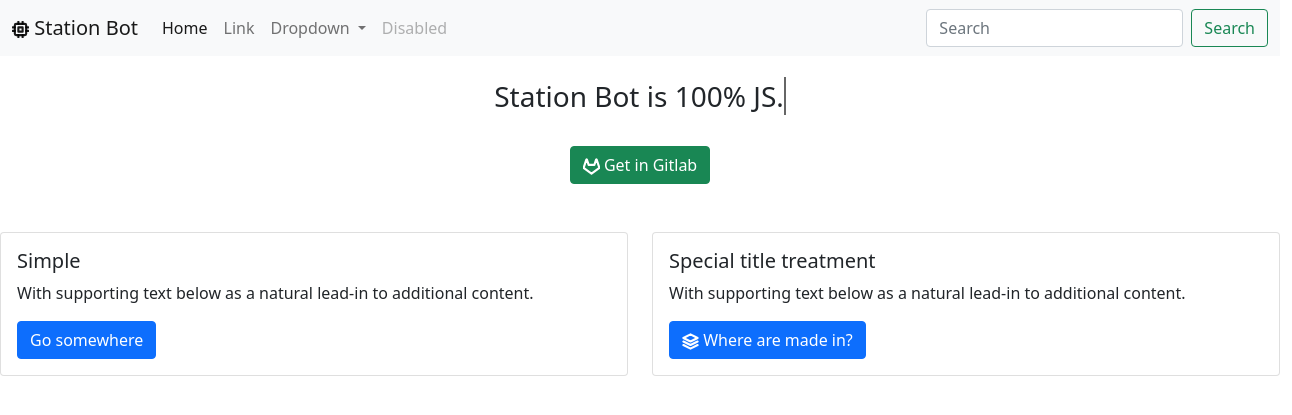
Repository: Valenplayer3000/StationBot-Web
Page: index.html
The author's editor kept a copy of each file at every save. The page is drawn from the files as they stood at one save, then again after the next save.
The browser window is 1280 px wide. The page is 1292 px wide, so the pictures cover 1292 px, including what lies to the right of the window. The pictures show the whole page.
Some web libraries are served in a nearby version.

Above is the page before, as saved 2021-11-01 12:59:54.

### index.html
<!DOCTYPE html>
<head>
    <!-- Required meta tags -->
    <meta charset="utf-8">
    <meta name="viewport" content="width=device-width, initial-scale=1">

    <!-- Bootstrap CSS and JS -->
    <script src="https://cdn.jsdelivr.net/npm/bootstrap@5.1.3/dist/js/bootstrap.bundle.min.js" integrity="sha384-ka7Sk0Gln4gmtz2MlQnikT1wXgYsOg+OMhuP+IlRH9sENBO0LRn5q+8nbTov4+1p" crossorigin="anonymous"></script>
    <link href="https://cdn.jsdelivr.net/npm/bootstrap@5.1.3/dist/css/bootstrap.min.css" rel="stylesheet" integrity="sha384-1BmE4kWBq78iYhFldvKuhfTAU6auU8tT94WrHftjDbrCEXSU1oBoqyl2QvZ6jIW3" crossorigin="anonymous">

    <!-- Font Awesome (Icons) -->
    <script src="https://kit.fontawesome.com/e5254c2b1e.js" crossorigin="anonymous"></script>

    <!-- Feather Icons -->
    <script src="https://unpkg.com/feather-icons"></script>
    <!-- Site's Titles -->
    <title>Station Bot</title>
</head>
<html lang="en">
  <nav class="navbar navbar-expand-lg navbar-light bg-light">
    <div class="container-fluid">
      <a class="navbar-brand" href="#"><i data-feather="cpu"></i> Station Bot</a>
      <button class="navbar-toggler" type="button" data-bs-toggle="collapse" data-bs-target="#navbarSupportedContent" aria-controls="navbarSupportedContent" aria-expanded="false" aria-label="Toggle navigation">
        <span class="navbar-toggler-icon"></span>
      </button>
      <div class="collapse navbar-collapse" id="navbarSupportedContent">
        <ul class="navbar-nav me-auto mb-2 mb-lg-0">
          <li class="nav-item">
            <a class="nav-link active" aria-current="page" href="#">Home</a>
          </li>
          <li class="nav-item">
            <a class="nav-link" href="#">Link</a>
          </li>
          <li class="nav-item dropdown">
            <a class="nav-link dropdown-toggle" href="#" id="navbarDropdown" role="button" data-bs-toggle="dropdown" aria-expanded="false">
              Dropdown
            </a>
            <ul class="dropdown-menu" aria-labelledby="navbarDropdown">
              <li><a class="dropdown-item" href="#">Action</a></li>
              <li><a class="dropdown-item" href="#">Another action</a></li>
              <li><hr class="dropdown-divider"></li>
              <li><a class="dropdown-item" href="#">Something else here</a></li>
            </ul>
          </li>
          <li class="nav-item">
            <a class="nav-link disabled">Disabled</a>
          </li>
        </ul>
        <form class="d-flex">
          <input class="form-control me-2" type="search" placeholder="Search" aria-label="Search">
          <button class="btn btn-outline-success" type="submit">Search</button>
        </form>
      </div>
    </div>
  </nav>
  <br>
  <h3 class="header">Station Bot is
    <span class="txt-rotate" data-period="2000"data-rotate='[ "easy to use.", "simple.", "100% JS.", "100% customizable."]'></span>
  </h3>
  <br>
  <div>
  <button class="btn btn-success button-center"><a herf=""><i data-feather="gitlab"></i> Get in Gitlab</a></button>
  </div>
  <br>
  <br>
    <div class="row">
        <div class="col-sm-6">
          <div class="card">
            <div class="card-body">
              <h5 class="card-title">Simple</h5>
              <p class="card-text">With supporting text below as a natural lead-in to additional content.</p>
              <a href="#" class="btn btn-primary">Go somewhere</a>
            </div>
          </div>
        </div>
        <div class="col-sm-6">
          <div class="card">
            <div class="card-body">
              <h5 class="card-title">Special title treatment</h5>
              <p class="card-text">With supporting text below as a natural lead-in to additional content.</p>
              <a href="#" class="btn btn-primary"><i data-feather="layers"></i> Where are made in?</a>
            </div>
          </div>
        </div>
      </div>
      <br>
</html>
<style>
  .feather {
  width: 17px;
  height: 17px;
  stroke: currentColor;
  stroke-width: 3;
  stroke-linecap: round;
  stroke-linejoin: round;
  fill: none;
}
.header{
  text-align: center;
}
</style>
<script>
  feather.replace()
</script>
<script>
  var TxtRotate = function(el, toRotate, period) {
  this.toRotate = toRotate;
  this.el = el;
  this.loopNum = 1;
  this.period = parseInt(period, 10) || 1000;
  this.txt = '';
  this.tick();
  this.isDeleting = false;
};

TxtRotate.prototype.tick = function() {
  var i = this.loopNum % this.toRotate.length;
  var fullTxt = this.toRotate[i];

  if (this.isDeleting) {
    this.txt = fullTxt.substring(0, this.txt.length - 1);
  } else {
    this.txt = fullTxt.substring(0, this.txt.length + 1);
  }

  this.el.innerHTML = '<span class="wrap">'+this.txt+'</span>';

  var that = this;
  var delta = 200 - Math.random() * 100;

  if (this.isDeleting) { delta /= 2; }

  if (!this.isDeleting && this.txt === fullTxt) {
    delta = this.period;
    this.isDeleting = true;
  } else if (this.isDeleting && this.txt === '') {
    this.isDeleting = false;
    this.loopNum++;
    delta = 500;
  }

  setTimeout(function() {
    that.tick();
  }, delta);
};

window.onload = function() {
  var elements = document.getElementsByClassName('txt-rotate');
  for (var i=0; i<elements.length; i++) {
    var toRotate = elements[i].getAttribute('data-rotate');
    var period = elements[i].getAttribute('data-period');
    if (toRotate) {
      new TxtRotate(elements[i], JSON.parse(toRotate), period);
    }
  }
  // INJECT CSS
  var css = document.createElement("style");
  css.type = "text/css";
  css.innerHTML = ".txt-rotate > .wrap { border-right: 0.09em solid #666 }";
  document.body.appendChild(css);
};
</script>
<style>
@import url('https://fonts.googleapis.com/css2?family=Inter:wght@100;200;300;400;500;600;700;800;900&display=swap');
.tpyewirter {
text-align: center;
  font-family: 'Inter';
}
.button-center{
  display: flex;
  margin: auto;
}
</style>

After the next save:
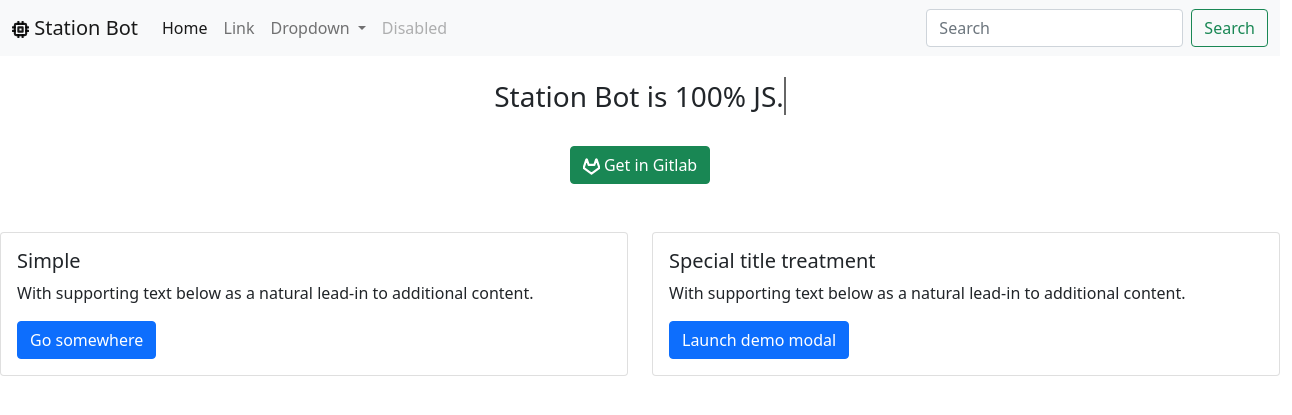
Saved 71 s later.
--- a/index.html
+++ b/index.html
@@ -78,7 +78,29 @@
             <div class="card-body">
               <h5 class="card-title">Special title treatment</h5>
               <p class="card-text">With supporting text below as a natural lead-in to additional content.</p>
-              <a href="#" class="btn btn-primary"><i data-feather="layers"></i> Where are made in?</a>
+              <!-- Button trigger modal -->
+                <button type="button" class="btn btn-primary" data-bs-toggle="modal" data-bs-target="#exampleModal">
+                  Launch demo modal
+                </button>
+
+                <!-- Modal -->
+                <div class="modal fade" id="exampleModal" tabindex="-1" aria-labelledby="exampleModalLabel" aria-hidden="true">
+                  <div class="modal-dialog">
+                    <div class="modal-content">
+                      <div class="modal-header">
+                        <h5 class="modal-title" id="exampleModalLabel">Modal title</h5>
+                        <button type="button" class="btn-close" data-bs-dismiss="modal" aria-label="Close"></button>
+                      </div>
+                      <div class="modal-body">
+                        ...
+                      </div>
+                      <div class="modal-footer">
+                        <button type="button" class="btn btn-secondary" data-bs-dismiss="modal">Close</button>
+                        <button type="button" class="btn btn-primary">Save changes</button>
+                      </div>
+                    </div>
+                  </div>
+                </div>
             </div>
           </div>
         </div>
